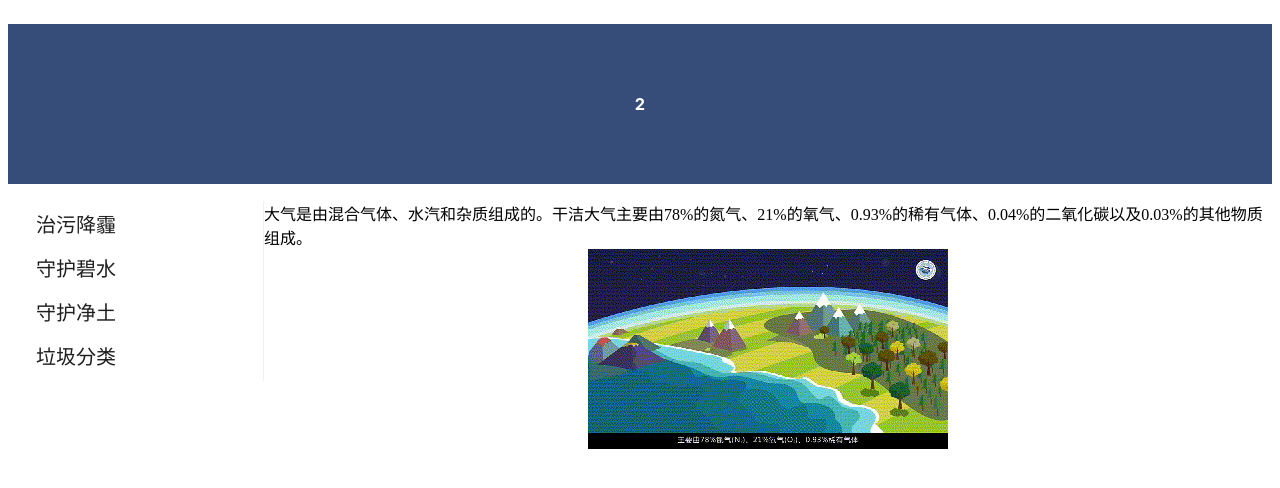
Repository: samllbin/summerWeb
Page: /
These files come from the project's save history. The page is drawn as it stood at one moment and after the next save; the edit follows.
The browser window is 1280 px wide. The pictures show the whole page.
The project was rebuilt for these pictures with package versions that can differ from the ones it lists, and the page was loaded fresh each time. Also part of the build but not shown: vite.config.js, components/menu/config.js, components/article/index.module.css, components/article/index.jsx.

Above is the page before, as saved 2024-07-22 16:08:08.

### src/App.jsx
import React, { useState } from "react";
import style from "./assets/index.module.css";
import Carousel from "@components/carousel/index";
import MenuTab from "@components/menu/MenuTab";
import Content from "@components/content";
import Article from "@components/article";

export default function App() {
  const [current, setCurrent] = useState("1");
  return (
    <div>
      <Carousel />
      <div className={style.layout}>
        <MenuTab setCurrent={setCurrent} current={current} />
        <Content />
        {/* <Article type={"all"} /> */}
        {/* <Article type={"right"} /> */}
      </div>
    </div>
  );
}

### src/assets/index.module.css
.layout {
  display: flex;
}

### components/carousel/index.jsx
import React from "react";
import { Carousel } from "antd";
import style from "./index.module.css";

export default function carousel() {
  return (
    <Carousel autoplay>
      <div>
        <h3 className={style.contentStyle}>1</h3>
      </div>
      <div>
        <h3 className={style.contentStyle}>2</h3>
      </div>
      <div>
        <h3 className={style.contentStyle}>3</h3>
      </div>
      <div>
        <h3 className={style.contentStyle}>4</h3>
      </div>
    </Carousel>
  );
}

### components/menu/MenuTab.jsx
import React from "react";
import { Menu } from "antd";
import { useState } from "react";
import { config } from "./config";

export default function MenuTab({ current, setCurrent }) {
  const onClick = (e) => {
    console.log("click ", e);
    setCurrent(e.key);
  };
  return (
    <div>
      <Menu
        onClick={onClick}
        style={{ width: 256, fontSize: 20 }}
        defaultOpenKeys={["sub1"]}
        selectedKeys={[current]}
        mode="inline"
        items={config}
      />
    </div>
  );
}

### components/content/index.jsx
import React from "react";
import style from "./index.module.css";

export default function Content() {
  return (
    <div className={style.layout}>
      <span>
        大气是由混合气体、水汽和杂质组成的。干洁大气主要由78%的氮气、21%的氧气、0.93%的稀有气体、0.04%的二氧化碳以及0.03%的其他物质组成。
      </span>
      <img src="../../public/大气组成.png" alt="" />
    </div>
  );
}

### components/carousel/index.module.css
.contentStyle {
  height: 160px;
  color: #fff;
  line-height: 160px;
  text-align: center;
  background: #364d79;
}

### components/content/index.module.css
.layout {
  display: flex;
  width: 100%;
  flex-direction: column;
  align-items: center;
  justify-content: center;
}

Loaded but not shown: index.html (common file); src/main.jsx (common file)

After the next save:
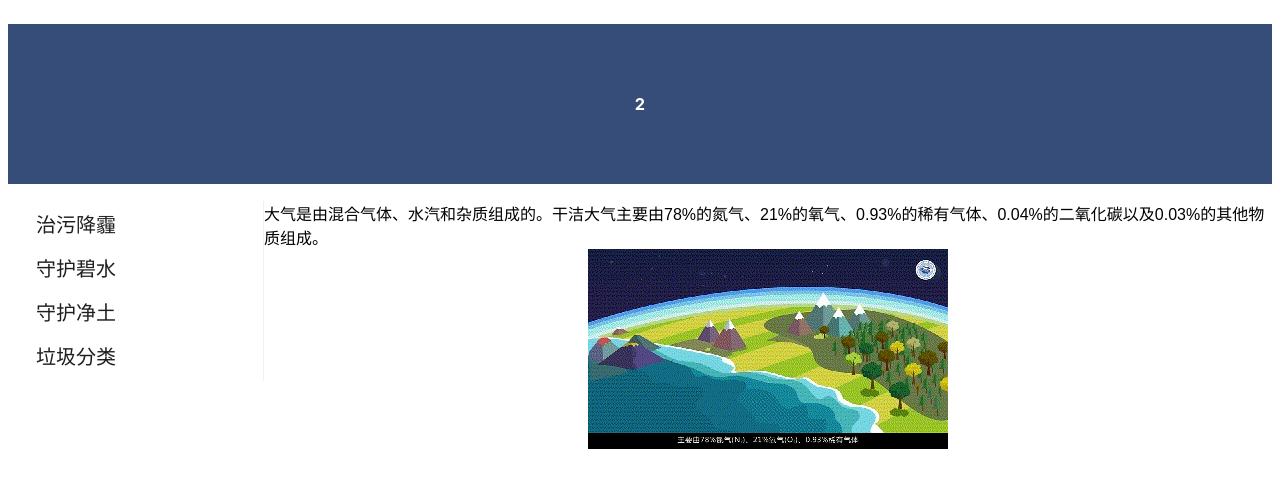
Saved 27 s later.
--- a/src/assets/index.module.css
+++ b/src/assets/index.module.css
@@ -1,3 +1,4 @@
 .layout {
+  font-family: "宋体", sans-serif;
   display: flex;
 }
